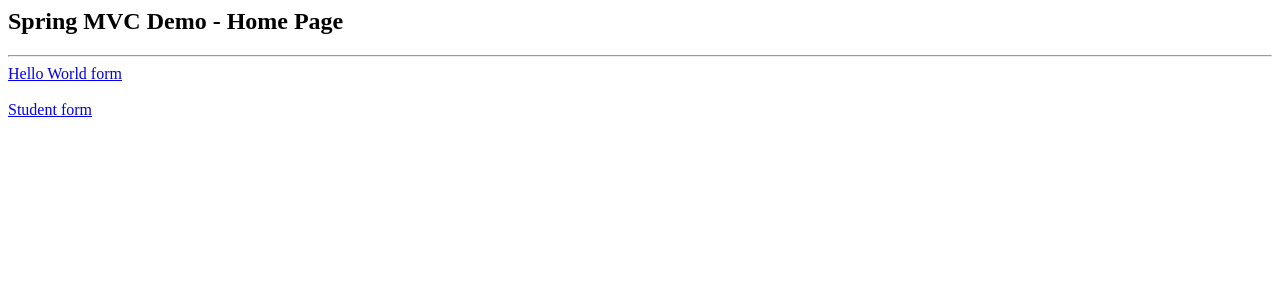
Repository: ltingyu66/project
Page: http://localhost/spring-mvc-demo/
These files come from the project's save history. The page is drawn as it stood at one moment and after the next save; the edit follows.
The browser window is 1280 px wide. The pictures show the whole page.
The page is served by Tomcat 9. Other server files are loaded and not shown.

Above is the page before, as saved 2020-03-13 22:37:50.

### spring-mvc-demo/WebContent/WEB-INF/view/main-menu.jsp
<!DOCTYPE hyml>
<html>
<body>
<h2> Spring MVC Demo - Home Page </h2>
<hr>

<a href="hello/showForm"> Hello World form</a>

<br><br>

<a href="student/showForm"> Student form</a>

</body>
</html>

After the next save:
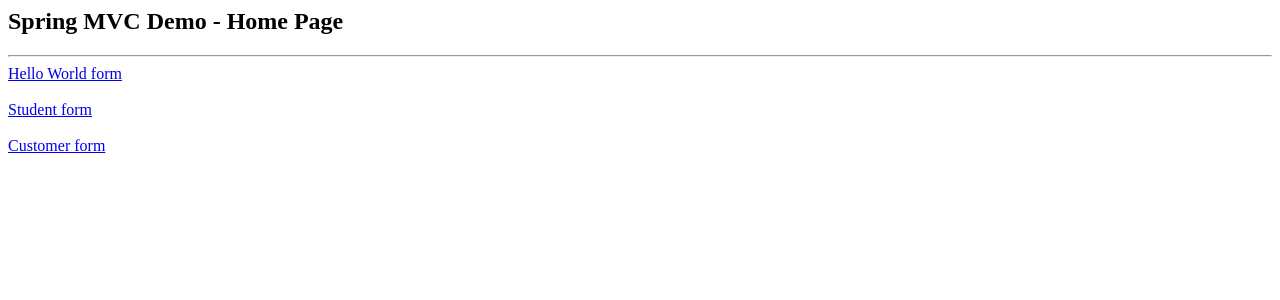
Saved 25 s later.
--- a/spring-mvc-demo/WebContent/WEB-INF/view/main-menu.jsp
+++ b/spring-mvc-demo/WebContent/WEB-INF/view/main-menu.jsp
@@ -10,5 +10,9 @@
 
 <a href="student/showForm"> Student form</a>
 
+<br><br>
+
+<a href="customer/showForm"> Customer form</a>
+
 </body>
 </html>
